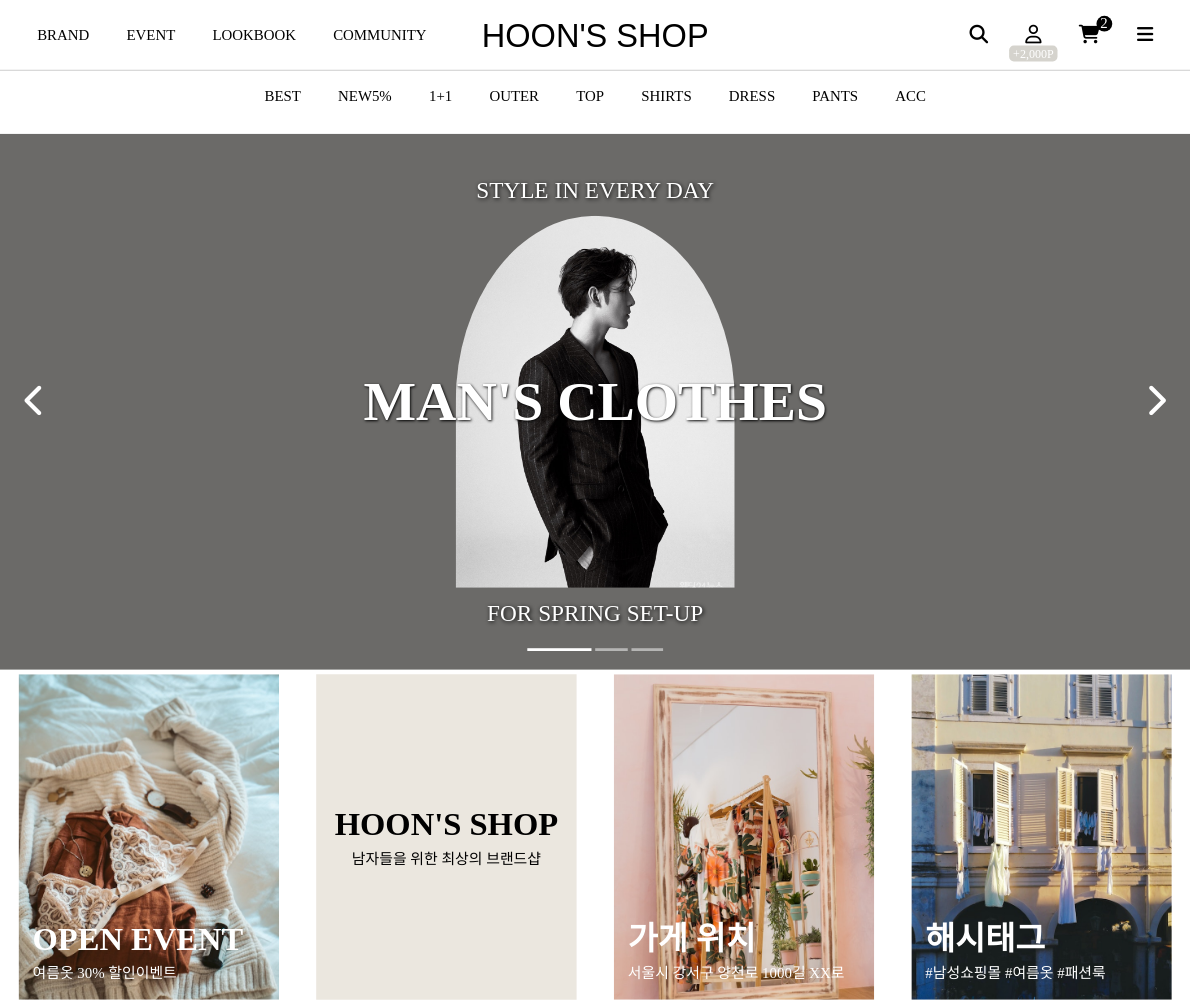
Repository: Iimchaehoon/cafeProject
Page: src/index.html
An editor plug-in stored every save of this project. The page is shown before and after the next save, followed by the edit.
The browser window is 1280 px wide. The pictures show the whole page, at 93% of full size.
Some web fonts or font styles are not loaded; a fallback is used. Some web libraries are served in a nearby version.

Above is the page before, as saved 2024-07-24 21:36:30.

After the next save:
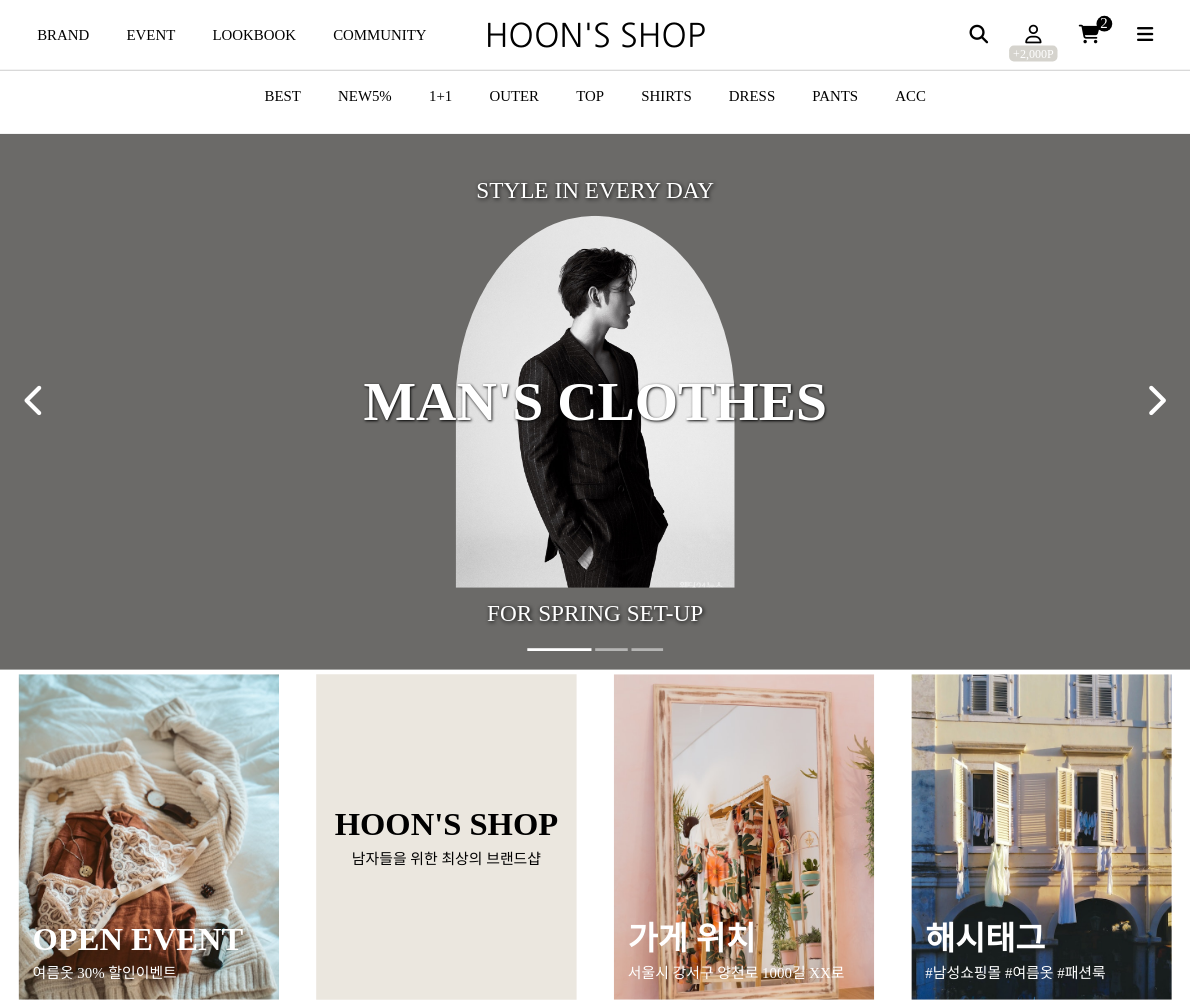
Saved 22 s later.
--- a/src/css/components/header.css
+++ b/src/css/components/header.css
@@ -12,7 +12,8 @@
 }
 .header__title {
   width: 33%;
-  font-family: "Jua", sans-serif;
+  font-family: "Nanum Gothic", sans-serif;
+  font-weight: 700;
 
   font-size: 35px;
   font-weight: 500;
